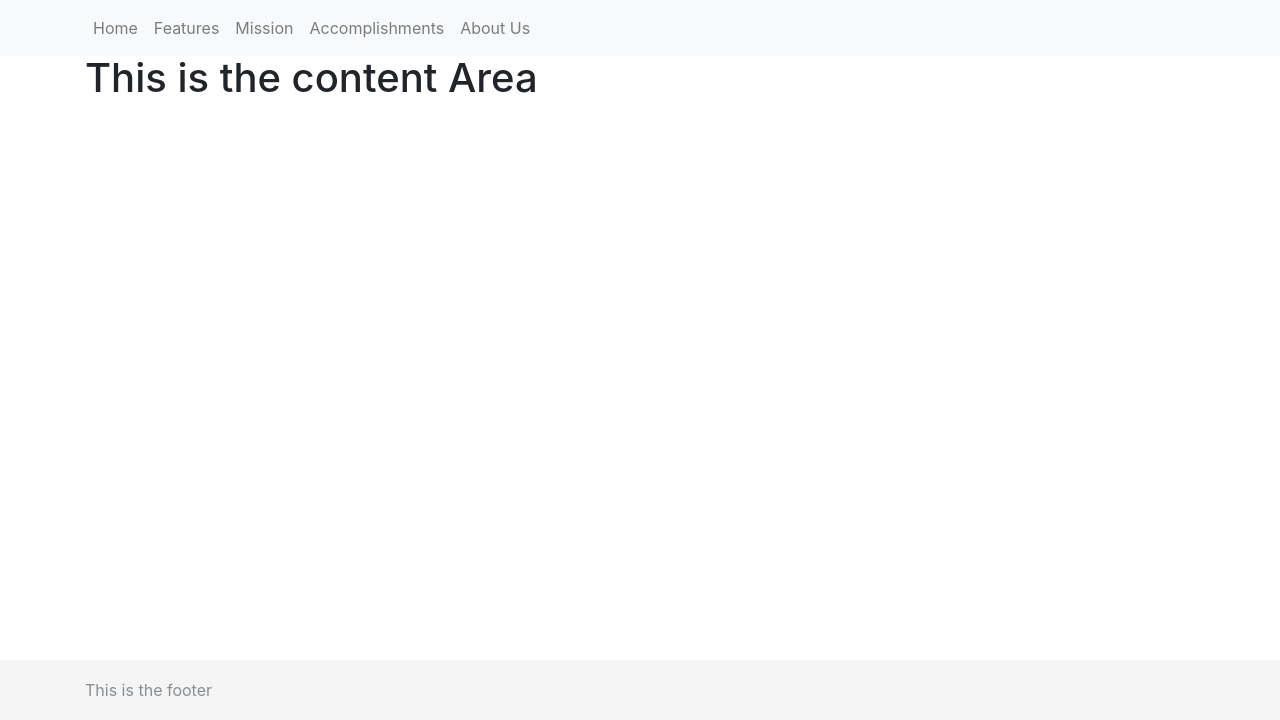
Repository: vipulx44/Prayas-Seva
Page: http://localhost/
The author's editor kept a copy of each file at every save. The page is drawn from the files as they stood at one save, then again after the next save.
The browser window is 1280 px wide. The pictures show the whole page.
Some web libraries are served in a nearby version. The page is run by PHP 8.4 with error messages shown; the project is at /var/www/html/.

Above is the page before, as saved 2017-09-24 07:37:54.

After the next save:
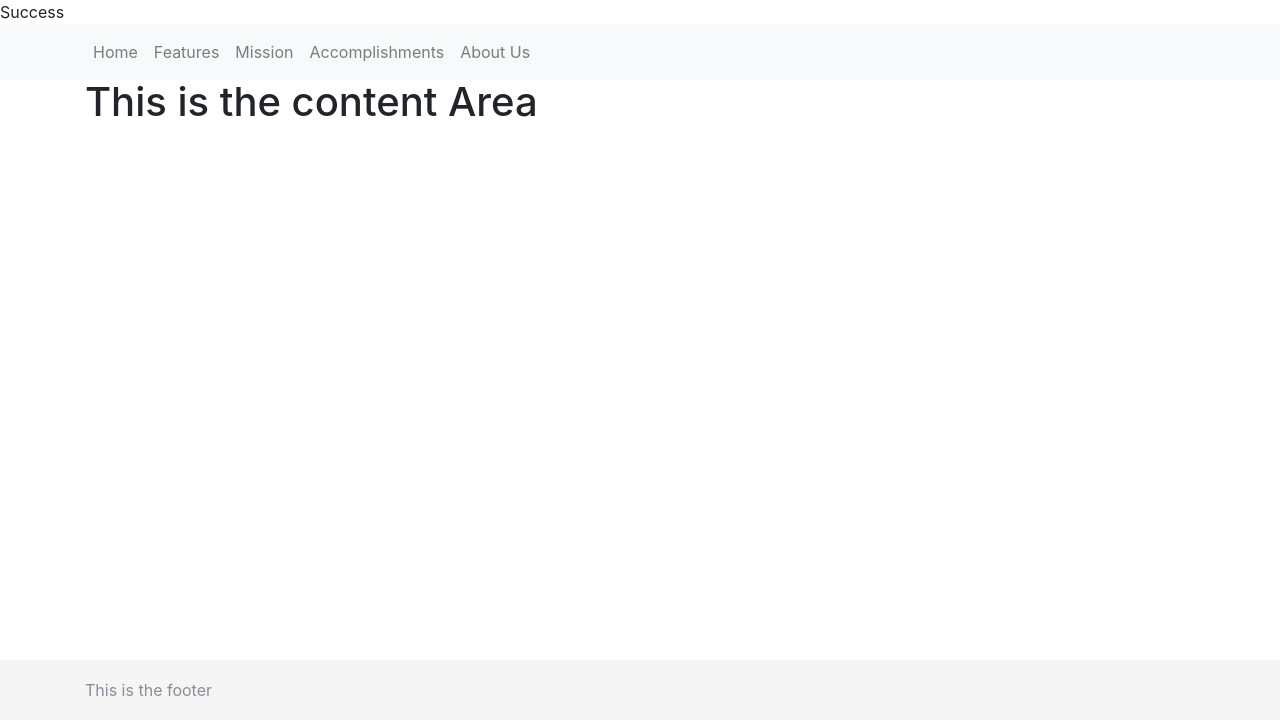
Saved 75 s later.
--- a/Prayasfirst/config/setup.php
+++ b/Prayasfirst/config/setup.php
@@ -2,7 +2,7 @@
 //setup file
 
 $dbc = mysqli_connect('localhost','root','','prayasmain');
-
+echo "Success";
 $site_title='Prayas Seva Sanstha';
 $page_title='Home Page';
 

After the save that followed:
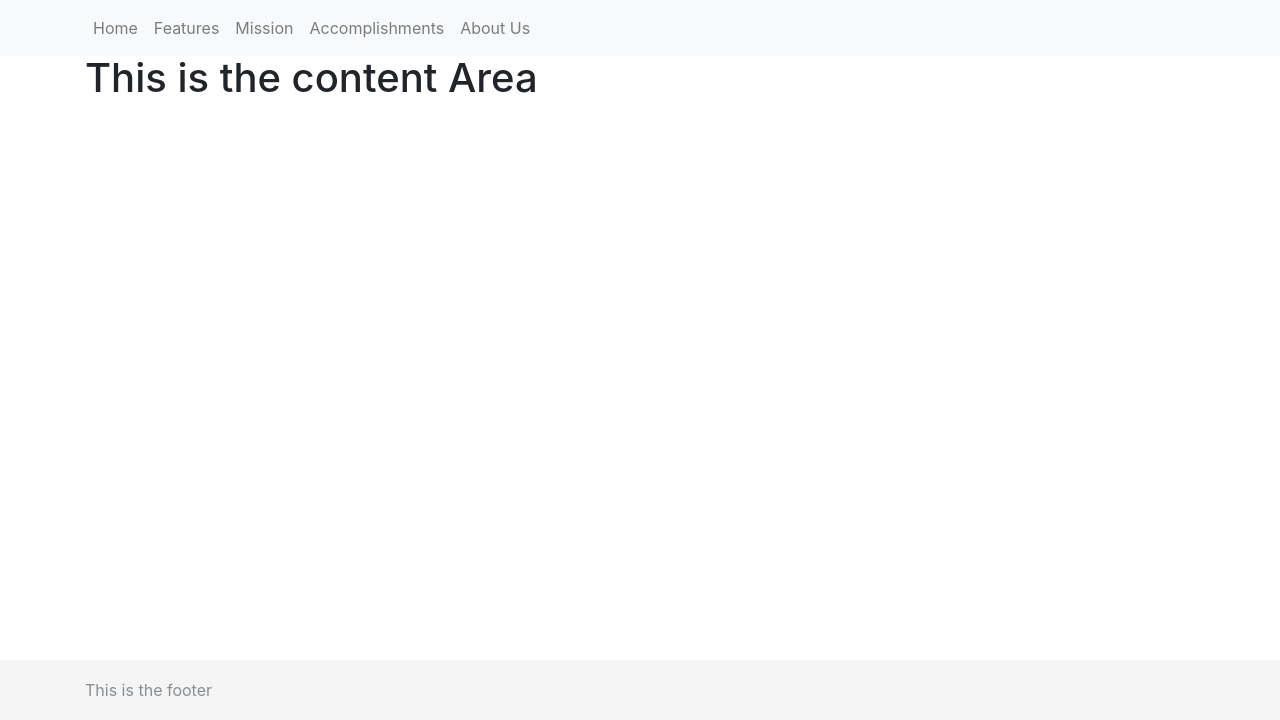
Saved 2 min 28 s later.
--- a/Prayasfirst/config/setup.php
+++ b/Prayasfirst/config/setup.php
@@ -1,8 +1,7 @@
 <?php
 //setup file
 
-$dbc = mysqli_connect('localhost','root','','prayasmain');
-echo "Success";
+$dbc = mysqli_connect('localhost','vipul','password','prayasmain');
 $site_title='Prayas Seva Sanstha';
 $page_title='Home Page';
 
